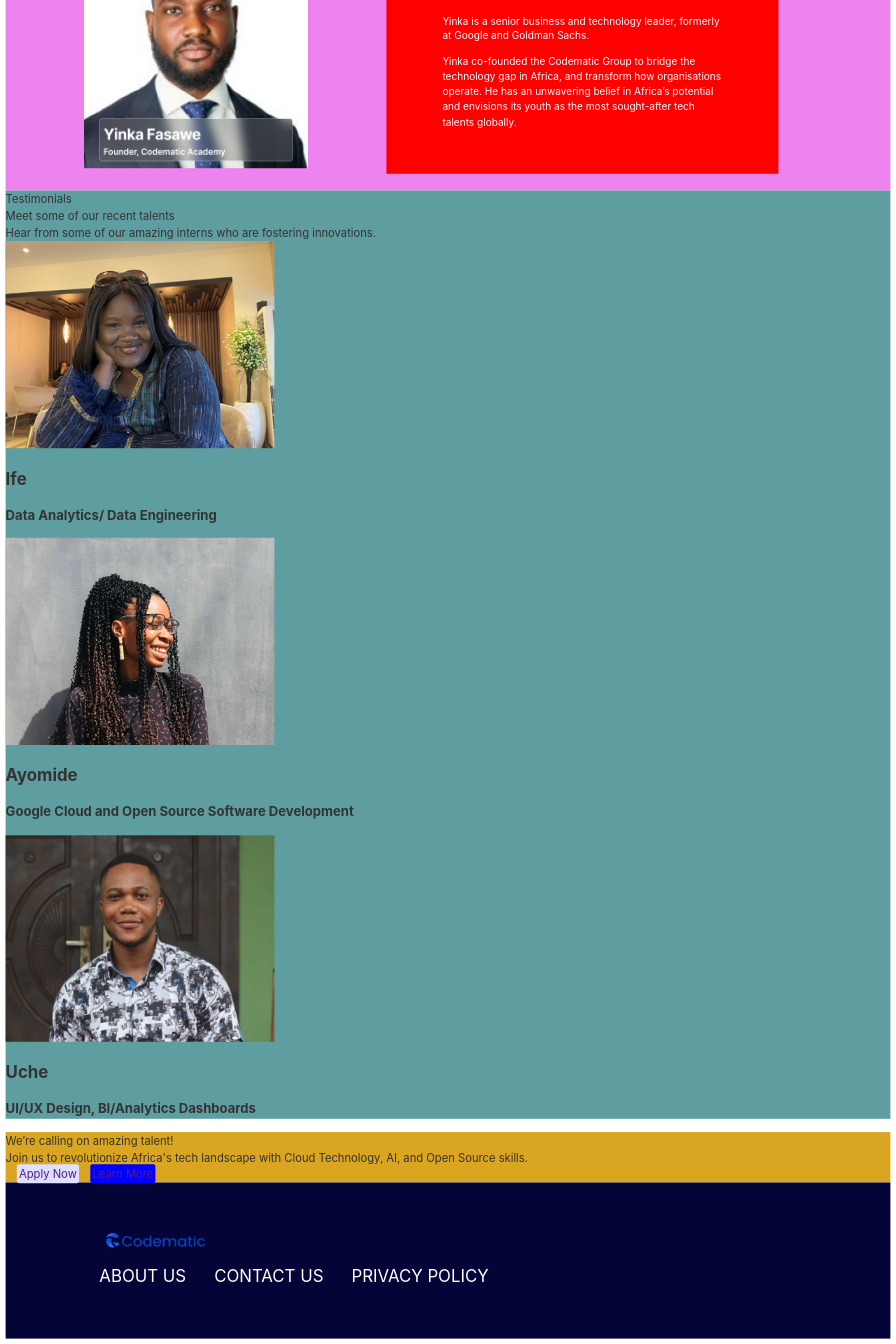
Repository: Gabriel221-dev/Codematic-page
Page: /
An editor plug-in stored every save of this project. The page is shown before and after the next save, followed by the edit.
The browser window is 1280 px wide. The pictures show the part of the page from y = 2776 to 4696 px (the page is 4696 px tall), at 70% of full size.
The project was rebuilt for these pictures with package versions that can differ from the ones it lists, and the page was loaded fresh each time. Also part of the build but not shown: vite.config.js.

Above is the page before, as saved 2024-07-25 12:11:22.

After the next save:
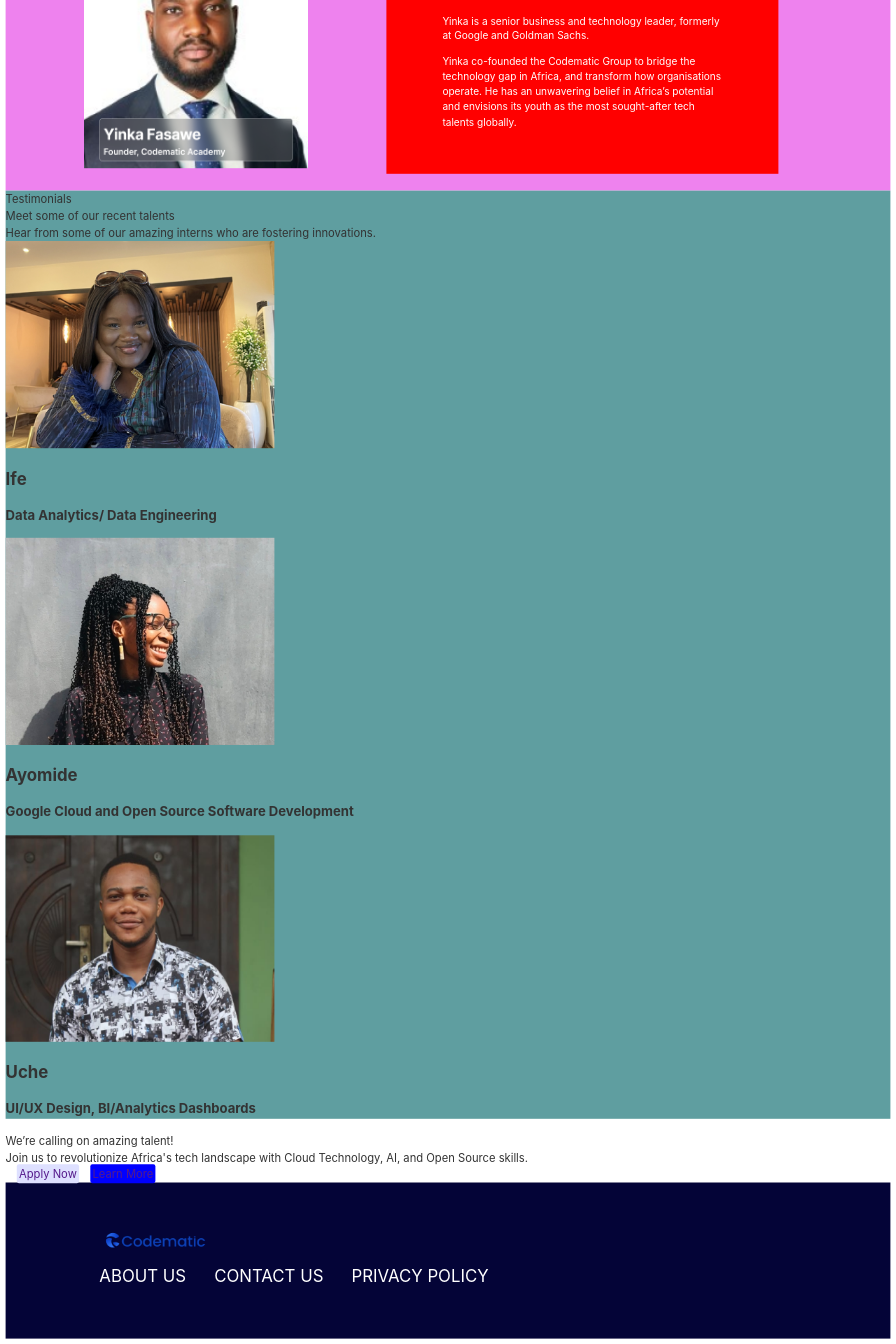
Saved 2 min 57 s later.
--- a/src/pages/Home.css
+++ b/src/pages/Home.css
@@ -232,6 +232,9 @@
     background-color:cadetblue;
 }
 
+.Home-6
+
+
 .Home-7{
     background-color:goldenrod;
 }
